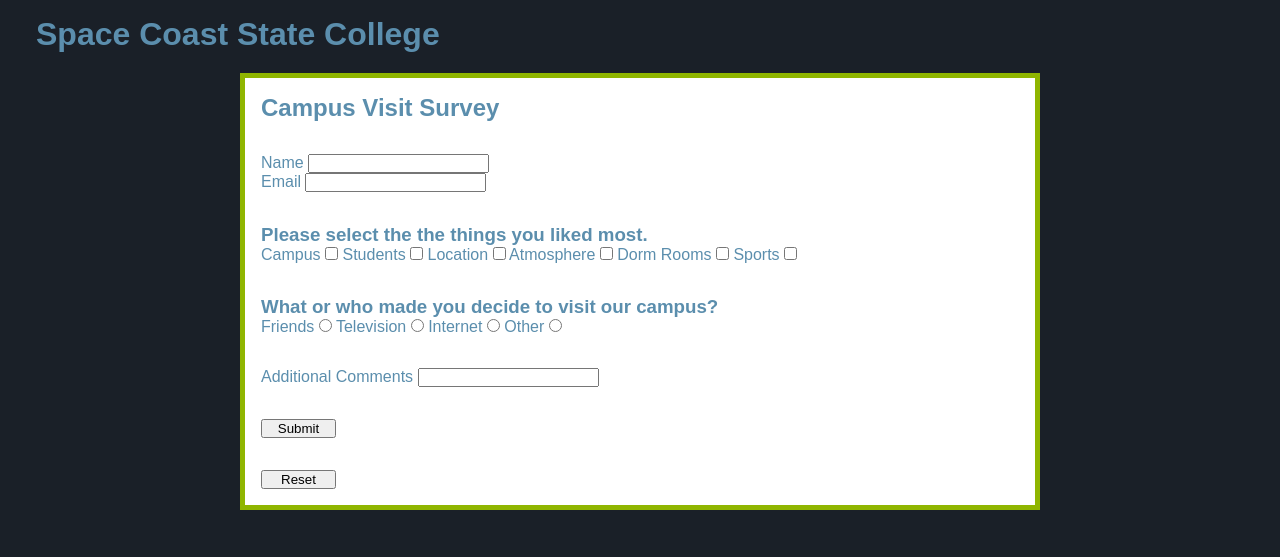
Repository: mlmEFSC21/P2-University-Form
Page: index.html
An editor plug-in stored every save of this project. The page is shown before and after the next save, followed by the edit.
The browser window is 1280 px wide. The pictures show the whole page.
Some web fonts or font styles are not loaded; a fallback is used.

Above is the page before, as saved 2022-01-29 18:59:08.

After the next save:
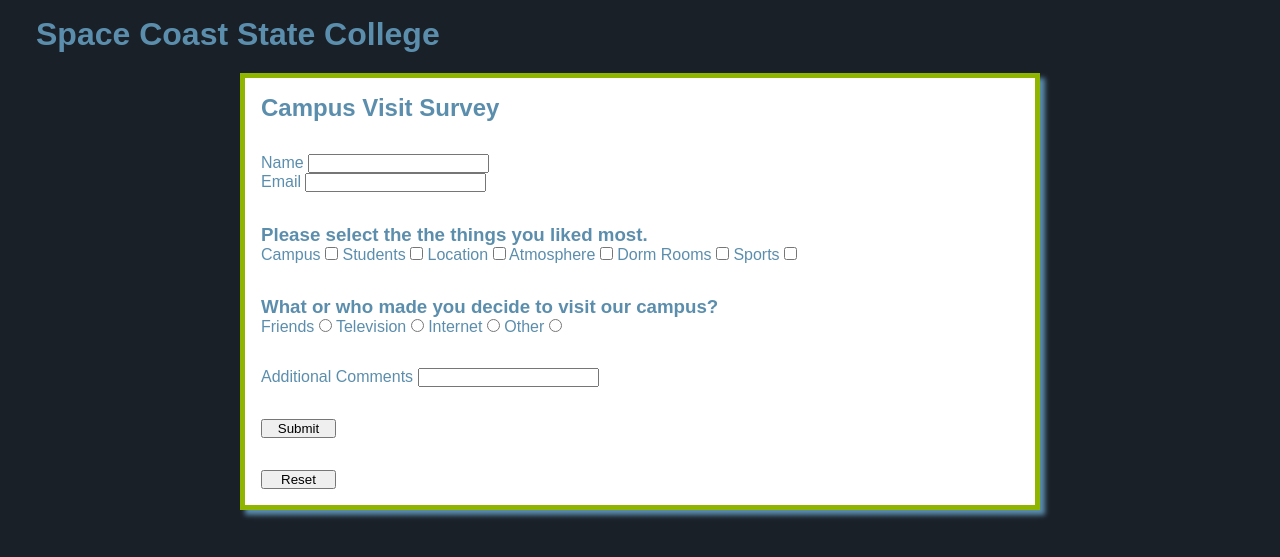
Saved 2 min 38 s later.
--- a/uniFormStyles.css
+++ b/uniFormStyles.css
@@ -29,7 +29,7 @@ header {
     flex-direction: column;
     max-width: 800px;
     border: 5px solid var(--clr-accent);
-    box-shadow: inset;
+    box-shadow: 5px 5px 5px 0px;
     background-color: white;
     gap: 2rem;
     margin: auto;
